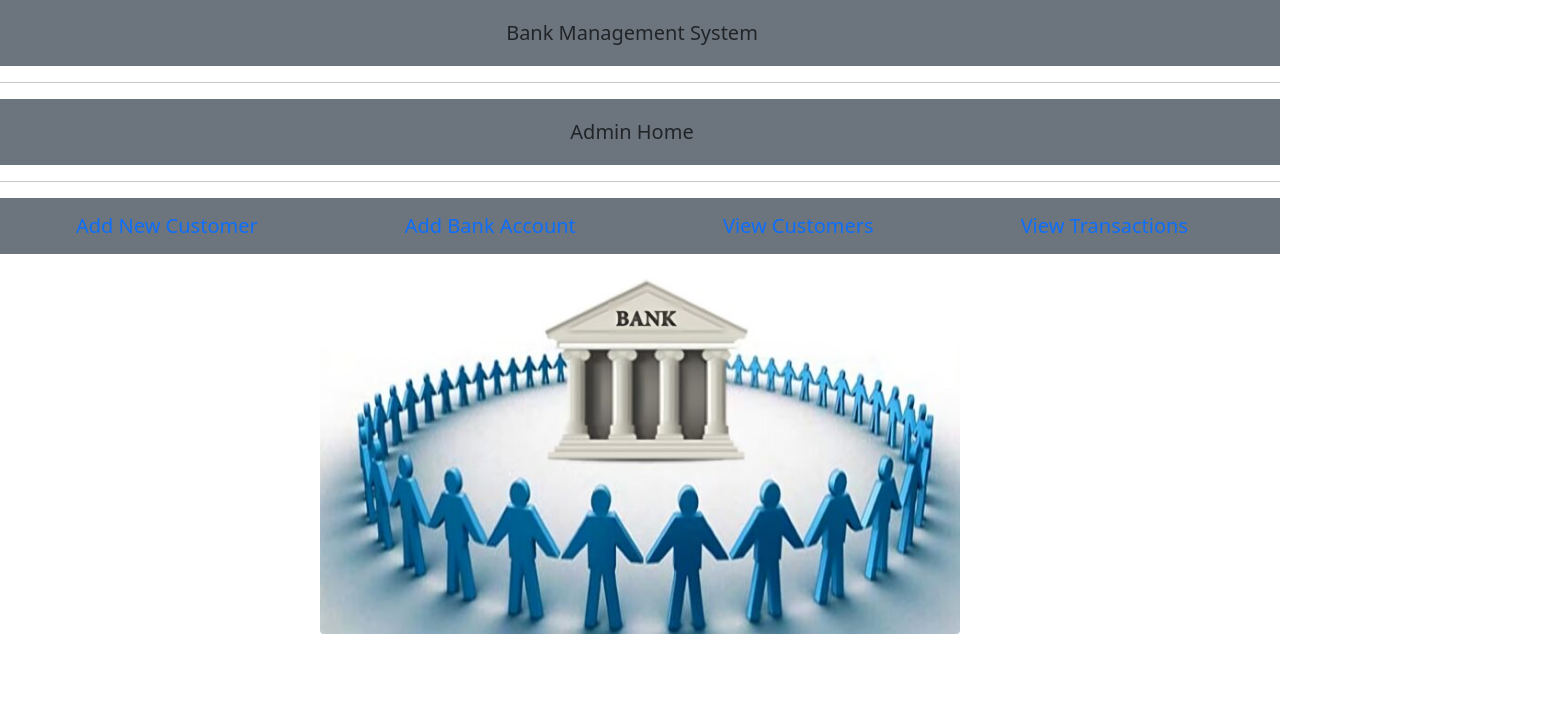
Repository: shivamaninalla/Bank-Application-JSP
Page: http://localhost/10-BankApplication/admin-home.jsp
These files come from the project's save history. The page is drawn as it stood at one moment and after the next save; the edit follows.
The browser window is 1280 px wide. The page is 1280 px wide, then 1557 px, so the pictures cover 1557 px, including what lies to the right of the window. The pictures show the whole page.
The page is served by Tomcat 9.

Above is the page before, as saved 2024-07-21 06:05:29.

After the next save:
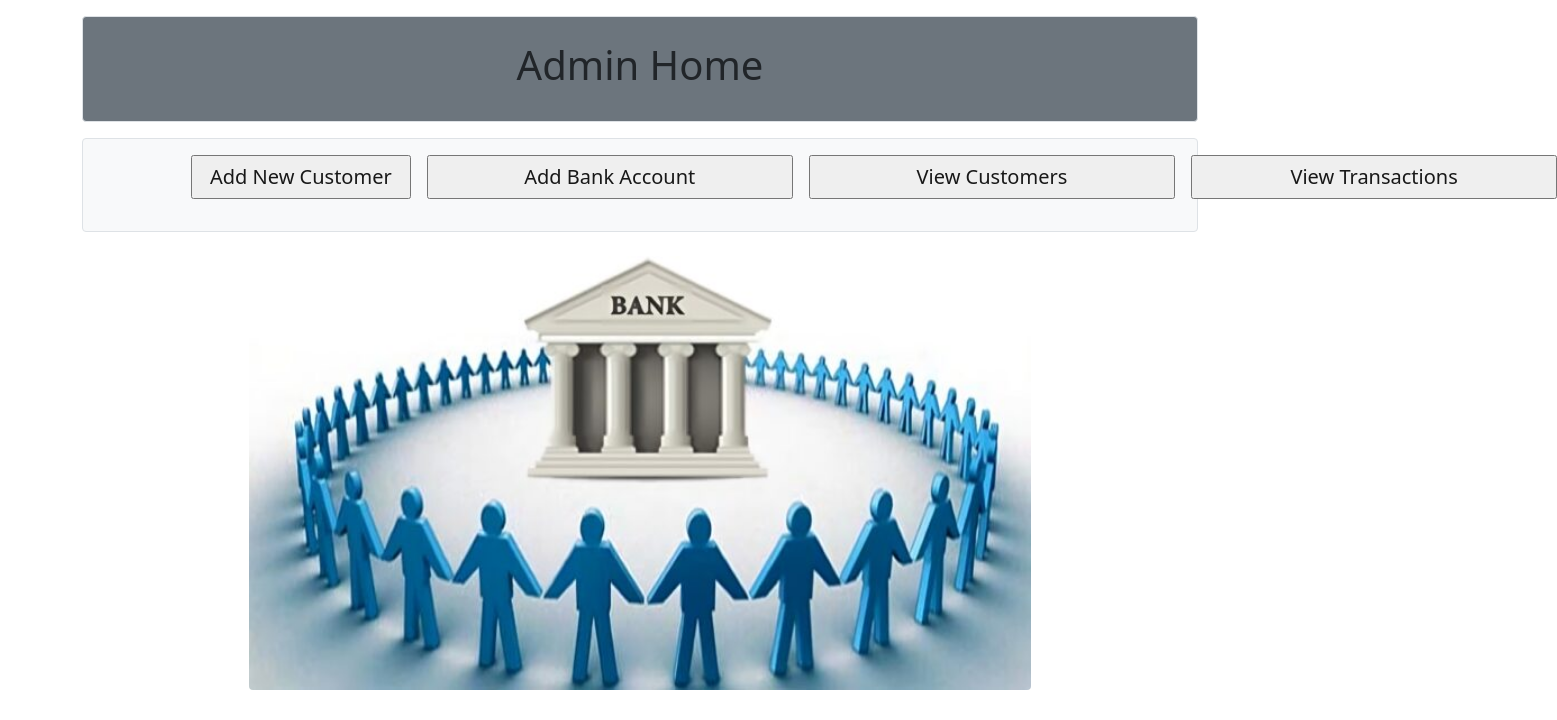
Saved 84 s later.
--- a/10-BankApplication/WebContent/admin-home.jsp
+++ b/10-BankApplication/WebContent/admin-home.jsp
@@ -13,39 +13,43 @@
 <title>Insert title here</title>
 </head>
 <body>
-	<nav class="navbar bg-secondary">
-    <div
-      class="container-fluid d-flex justify-content-center align-items-center">
-      <h1 class="navbar-brand my-2">Bank Management System</h1>
-    </div>
-  </nav>
+	<div class="container mt-3">
 
-	<hr />
+		<nav class="navbar bg-secondary border rounded p-4">
+			<div
+				class="container-fluid d-flex justify-content-center align-items-center">
+				<h1>Admin Home</h1>
+			</div>
+		</nav>
 
-	<nav class="navbar bg-secondary">
-		<div
-			class="container-fluid d-flex justify-content-center align-items-center">
-			<h1 class="navbar-brand my-2">Admin Home</h1>
+
+		<nav
+			class="navbar navbar-expand-lg navbar-light bg-light mt-3 px-5 border rounded">
+			<form action="admin" method="get">
+				<nav class="navbar navbar-expand-lg bg-body-tertiary px-5">
+					<div class="container-fluid">
+						<input type="submit" name="admin-function"
+							value="Add New Customer" class="navbar-brand nav-link col-3" />
+						<input type="submit" name="admin-function"
+							value="Add Bank Account" class="navbar-brand nav-link col-5" />
+						<input type="submit" name="admin-function" value="View Customers"
+							class="navbar-brand nav-link col-5" /> <input type="submit"
+							name="admin-function" value="View Transactions"
+							class="navbar-brand nav-link col-5" />
+					</div>
+				</nav>
+			</form>
+		</nav>
+
+		<div class="text-center mt-4">
+			<img src="./includes/bank.jpeg" class="rounded img-fluid"
+				alt="Bank-image" width="70%" />
 		</div>
-	</nav>
 
-	<hr />
-
-	<nav class="navbar navbar-expand-lg bg-secondary px-5">
-		<div class="container-fluid">
-			<a class="navbar-brand nav-link" href="add-new-customer.jsp">Add New Customer</a> <a
-				class="navbar-brand nav-link" href="add-bank-account.jsp">Add Bank Account</a> <a
-				class="navbar-brand nav-link" href="view-customers.jsp">View Customers</a> <a
-				class="navbar-brand nav-link" href="view-transaction.jsp">View Transactions</a>
-		</div>
-	</nav>
-
-	<div class="text-center mt-4">
-		<img
-			src="./includes/bank.jpeg"
-			class="rounded img-fluid" alt="Bank-image" width="50%" />
 	</div>
 
 
+
+	<%@include file="includes/bootstrapjs.jsp"%>
 </body>
 </html>
